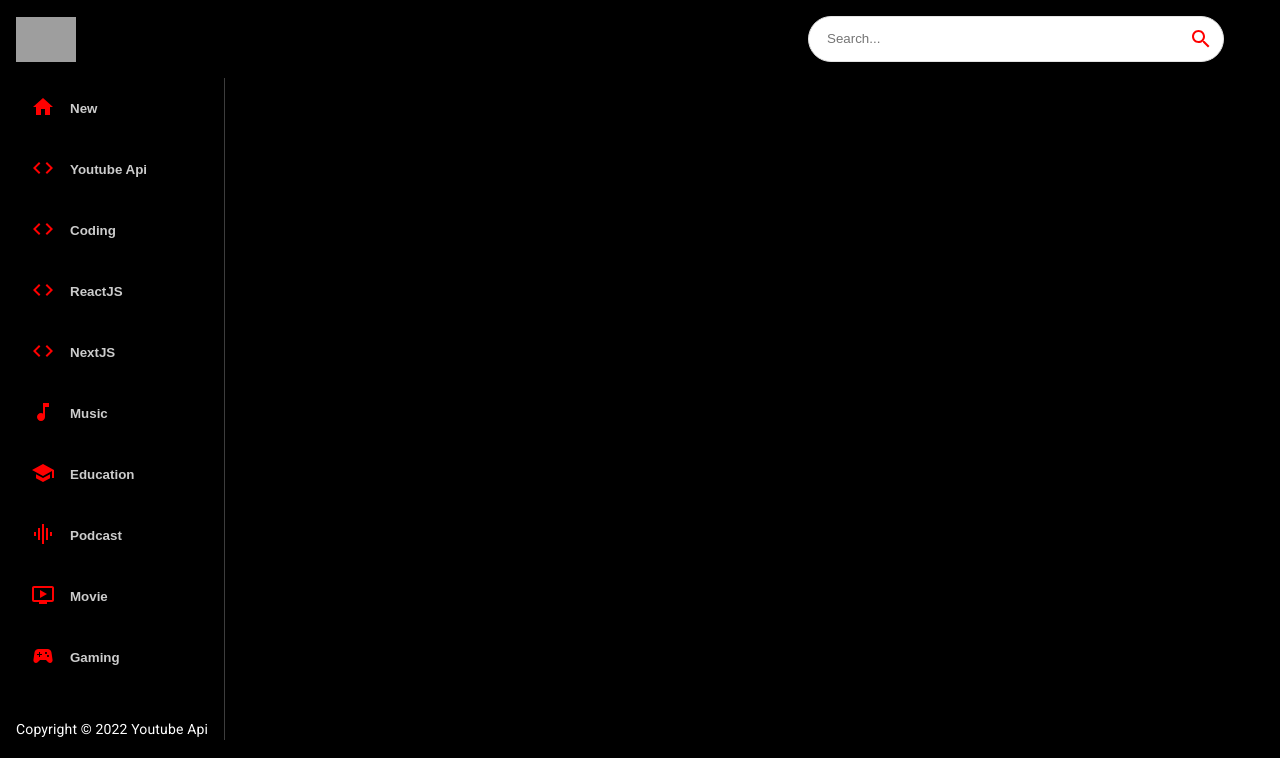
Repository: Ellisvelandia/YOUTUBE2
Page: /
These files come from the project's save history. The page is drawn as it stood at one moment and after a run of saves; the edit follows.
The browser window is 1280 px wide. The pictures show the whole page.
Pictures or frames that could not be fetched are drawn as grey boxes. The page's requests for data from a server got no answer. The project was rebuilt for these pictures with package versions that can differ from the ones it lists, and the page was loaded fresh each time. No one was signed in, and anything a server would have sent is missing. Also part of the build but not shown: src/components/ChannelDetail.jsx, src/components/VideoDetail.jsx, src/components/SearchFeed.jsx.

Above is the page before, as saved 2022-08-26 18:38:05.

### public/index.html
<!DOCTYPE html>
<html lang="en">
  <head>
    <meta charset="utf-8" />
    <link rel="icon" href="%PUBLIC_URL%/favicon.ico" />
    <meta name="viewport" content="width=device-width, initial-scale=1" />
    <meta name="theme-color" content="#000000" />
    <meta
      name="description"
      content="Web site created using create-react-app"
    />
    <link rel="apple-touch-icon" href="%PUBLIC_URL%/logo192.png" />

    <link rel="manifest" href="%PUBLIC_URL%/manifest.json" />

    <link
      rel="stylesheet"
      href="https://fonts.googleapis.com/css?family=Roboto:300,400,500,700&display=swap"
    />
    <link
      rel="stylesheet"
      href="https://fonts.googleapis.com/icon?family=Material+Icons"
    />
    <title>Youtube 2.0 App</title>
  </head>
  <body>
    <noscript>You need to enable JavaScript to run this app.</noscript>
    <div id="root"></div>
  </body>
</html>

### src/components/index.js
// export { default as ChannelCard } from './ChannelCard';
// export { default as VideoCard } from './VideoCard';
export { default as ChannelDetail } from "./ChannelDetail";
export { default as Feed } from "./Feed";
// export { default as Loader } from './Loader';
export { default as Navbar } from "./Navbar";
export { default as SearchBar } from "./SearchBar";
export { default as VideoDetail } from "./VideoDetail";
export { default as SearchFeed } from "./SearchFeed";
export { default as Videos } from "./Videos";
export { default as Sidebar } from "./Sidebar";

### src/components/Feed.jsx
// import React, { useEffect, useState } from "react";
import { Box, Stack, Typography } from "@mui/material";

import { fetchFromAPI } from "../utils/fetchFromAPI";
import {  Sidebar, Videos } from "../components";

const Feed = () => {
  // const [selectedCategory, setSelectedCategory] = useState("New");
  // // const [videos, setVideos] = useState(null);

  // useEffect(() => {
  //   setVideos(null);

  //   fetchFromAPI(`search?part=snippet&q=${selectedCategory}`).then((data) =>
  //     setVideos(data.items)
  //   );
  // }, [selectedCategory]);

  return (
    <Stack sx={{ flexDirection: { sx: "column", md: "row" } }}>
      <Box
        sx={{
          height: { sx: "auto", md: "92vh" },
          borderRight: "1px solid #3d3d3d",
          px: { sx: 0, md: 2 },
        }}
      >
        <Sidebar
          // selectedCategory={selectedCategory}
          // setSelectedCategory={setSelectedCategory}
        />

        <Typography
          className="copyright"
          variant="body2"
          sx={{ mt: 1.5, color: "#fff" }}
        >
          Copyright © 2022 Youtube Api
        </Typography>
      </Box>

      <Box p={2} sx={{ overflowY: "auto", height: "90vh", flex: 2 }}>
        <Typography
          variant="h4"
          fontWeight="bold"
          mb={2}
          sx={{ color: "white" }}
        >
          {/* {selectedCategory} <span style={{ color: "#FC1503" }}>videos</span> */}
        </Typography>

        <Videos/>
      </Box>
    </Stack>
  );
};

export default Feed;

### src/components/Navbar.jsx
import { Stack } from "@mui/material";
import { Link } from "react-router-dom";

import { logo } from "../utils/constants";
import SearchBar from "./SearchBar";

const Navbar = () => (
  <Stack
    direction="row"
    alignItems="center"
    p={2}
    sx={{
      position: "sticky",
      background: "#000",
      top: 0,
      justifyContent: "space-between",
    }}
  >
    <Link to="/" style={{ display: "flex", alignItems: "center" }}>
      <img src={logo} alt="logo" height={45} />
    </Link>
    <SearchBar />
  </Stack>
);

export default Navbar;

### src/components/SearchBar.jsx
// import { useState } from "react";
// import { useNavigate } from "react-router-dom";
import { Paper, IconButton } from "@mui/material";
import { Search } from "@mui/icons-material";

const SearchBar = () => {
  return (
    <Paper
      component="form"
      onSubmit={() => {}}
      sx={{
        borderRadius: 20,
        border: "1px solid #e3e3e3",
        pl: 2,
        boxShadow: "none",
        mr: { sm: 5 },
      }}
    >
      <input
        className="search-bar"
        placeholder="Search..."
        value=""
        onChange={() => {}}
      />
      <IconButton type="submit" sx={{ p: "10px", color: "red" }}>
        <Search />
      </IconButton>
    </Paper>
  );
};

export default SearchBar;

### src/components/Sidebar.jsx
import React from "react";
import { Stack } from "@mui/material";

import { categories } from "../utils/constants";

const Categories = ({ selectedCategory, setSelectedCategory }) => (
  <Stack
    direction="row"
    sx={{
      overflowY: "auto",
      height: { sx: "auto", md: "95%" },
      flexDirection: { md: "column" },
    }}
  >
    {categories.map((category) => (
      <button
        className="category-btn"
        onClick={() => setSelectedCategory(category.name)}
        style={{
          background: category.name === selectedCategory && "#FC1503",
          color: "white",
        }}
        key={category.name}
      >
        <span
          style={{
            color: category.name === selectedCategory ? "white" : "red",
            marginRight: "15px",
          }}
        >
          {category.icon}
        </span>
        <span
          style={{ opacity: category.name === selectedCategory ? "1" : "0.8" }}
        >
          {category.name}
        </span>
      </button>
    ))}
  </Stack>
);

export default Categories;

### src/utils/fetchFromAPI.js
import axios from "axios";

const BASE_URL = 'https://youtube-v31.p.rapidapi.com/search';

const options = {
  params: {
    maxResults: "50",
  },
  headers: {
    "X-RapidAPI-Key":process.env.REACT_APP_RAPID_API_KEY,
    "X-RapidAPI-Host": "youtube-v31.p.rapidapi.com",
  },
};

export const fetchFromAPI = async (url) => {
  const { data } = await axios.get(`${BASE_URL}/${url}`, options);

  return data;
};

### src/utils/constants.js
import MusicNoteIcon from "@mui/icons-material/MusicNote";
import HomeIcon from "@mui/icons-material/Home";
import CodeIcon from "@mui/icons-material/Code";
import OndemandVideoIcon from "@mui/icons-material/OndemandVideo";
import SportsEsportsIcon from "@mui/icons-material/SportsEsports";
import LiveTvIcon from "@mui/icons-material/LiveTv";
import SchoolIcon from "@mui/icons-material/School";
import FaceRetouchingNaturalIcon from "@mui/icons-material/FaceRetouchingNatural";
import CheckroomIcon from "@mui/icons-material/Checkroom";
import GraphicEqIcon from "@mui/icons-material/GraphicEq";
import TheaterComedyIcon from "@mui/icons-material/TheaterComedy";
import FitnessCenterIcon from "@mui/icons-material/FitnessCenter";
import DeveloperModeIcon from "@mui/icons-material/DeveloperMode";

export const logo = "https://i.ibb.co/s9Qys2j/logo.png";

export const categories = [
  { name: "New", icon: <HomeIcon /> },
  { name: "Youtube Api", icon: <CodeIcon /> },
  { name: "Coding", icon: <CodeIcon /> },
  { name: "ReactJS", icon: <CodeIcon /> },
  { name: "NextJS", icon: <CodeIcon /> },
  { name: "Music", icon: <MusicNoteIcon /> },
  { name: "Education", icon: <SchoolIcon /> },
  { name: "Podcast", icon: <GraphicEqIcon /> },
  { name: "Movie", icon: <OndemandVideoIcon /> },
  { name: "Gaming", icon: <SportsEsportsIcon /> },
  { name: "Live", icon: <LiveTvIcon /> },
  { name: "Sport", icon: <FitnessCenterIcon /> },
  { name: "Fashion", icon: <CheckroomIcon /> },
  { name: "Beauty", icon: <FaceRetouchingNaturalIcon /> },
  { name: "Comedy", icon: <TheaterComedyIcon /> },
  { name: "Gym", icon: <FitnessCenterIcon /> },
  { name: "Crypto", icon: <DeveloperModeIcon /> },
];

export const demoThumbnailUrl = "https://i.ibb.co/G2L2Gwp/API-Course.png";
export const demoChannelUrl = "/channel/UCmXmlB4-HJytD7wek0Uo97A";
export const demoVideoUrl = "/video/GDa8kZLNhJ4";
export const demoChannelTitle = "JavaScript Mastery";
export const demoVideoTitle =
  "Build and Deploy 5 JavaScript & React API Projects in 10 Hours - Full Course | RapidAPI";
export const demoProfilePicture =
  "http://dergipark.org.tr/assets/app/images/buddy_sample.png";

Loaded but not shown: src/index.js (common file); src/App.js (common file); src/index.css (common file); src/components/Videos.jsx (common file)

After the next 6 saves:
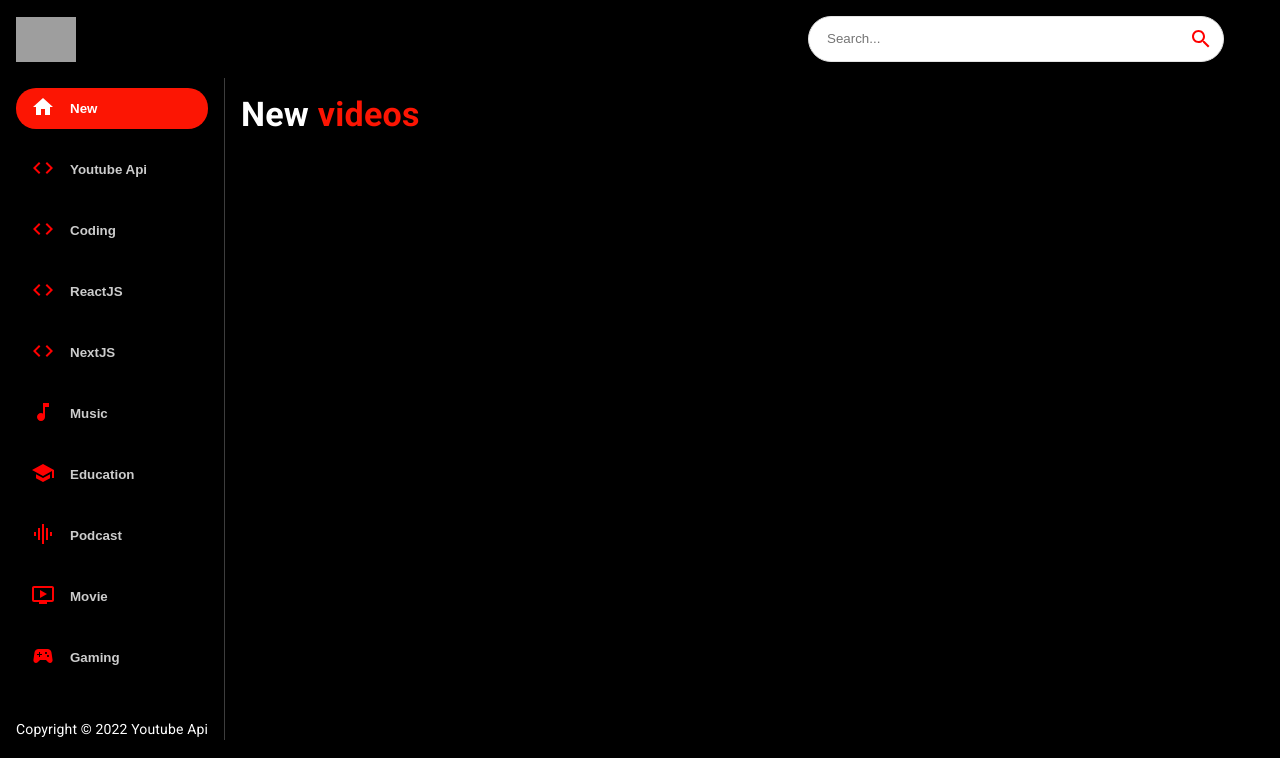
The 6 saves are shown as one change because 4 did not build or start and some came seconds apart.
The last was saved 5 min 49 s later.
--- a/src/components/Feed.jsx
+++ b/src/components/Feed.jsx
@@ -1,20 +1,20 @@
-// import React, { useEffect, useState } from "react";
+import React, { useEffect, useState } from "react";
 import { Box, Stack, Typography } from "@mui/material";
 
 import { fetchFromAPI } from "../utils/fetchFromAPI";
 import {  Sidebar, Videos } from "../components";
 
 const Feed = () => {
-  // const [selectedCategory, setSelectedCategory] = useState("New");
-  // // const [videos, setVideos] = useState(null);
+  const [selectedCategory, setSelectedCategory] = useState("New");
+  const [videos, setVideos] = useState(null);
 
-  // useEffect(() => {
-  //   setVideos(null);
+  useEffect(() => {
+    setVideos(null);
 
-  //   fetchFromAPI(`search?part=snippet&q=${selectedCategory}`).then((data) =>
-  //     setVideos(data.items)
-  //   );
-  // }, [selectedCategory]);
+    fetchFromAPI(`search?part=snippet&q=${selectedCategory}`).then((data) =>
+      setVideos(data.items)
+    );
+  }, [selectedCategory]);
 
   return (
     <Stack sx={{ flexDirection: { sx: "column", md: "row" } }}>
@@ -26,8 +26,8 @@ const Feed = () => {
         }}
       >
         <Sidebar
-          // selectedCategory={selectedCategory}
-          // setSelectedCategory={setSelectedCategory}
+          selectedCategory={selectedCategory}
+          setSelectedCategory={setSelectedCategory}
         />
 
         <Typography
@@ -46,10 +46,10 @@ const Feed = () => {
           mb={2}
           sx={{ color: "white" }}
         >
-          {/* {selectedCategory} <span style={{ color: "#FC1503" }}>videos</span> */}
+          {selectedCategory} <span style={{ color: "#FC1503" }}>videos</span>
         </Typography>
 
-        <Videos/>
+        <Videos videos={videos}/>
       </Box>
     </Stack>
   );
